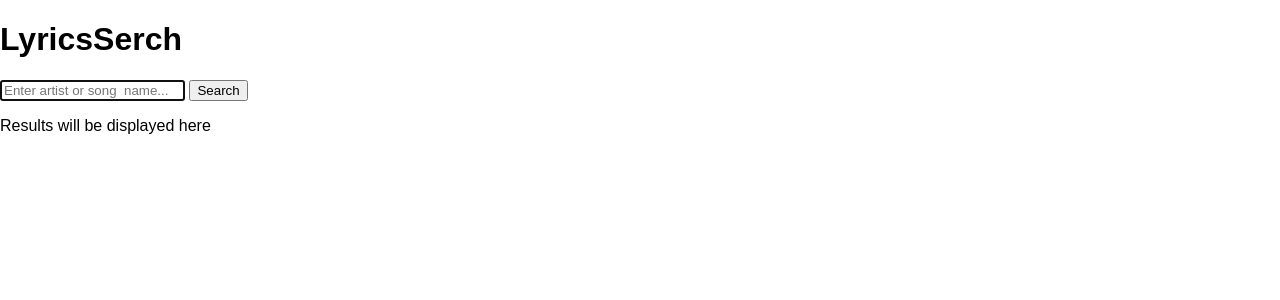
Repository: Pancerzaba/LyricsSearchApp
Page: index.html
The author's editor kept a copy of each file at every save. The page is drawn from the files as they stood at one save, then again after a run of saves.
The browser window is 1280 px wide. The pictures show the whole page.
The first visible `input` has the focus.

Above is the page before, as saved 2020-09-12 15:00:09.

After the next 3 saves:
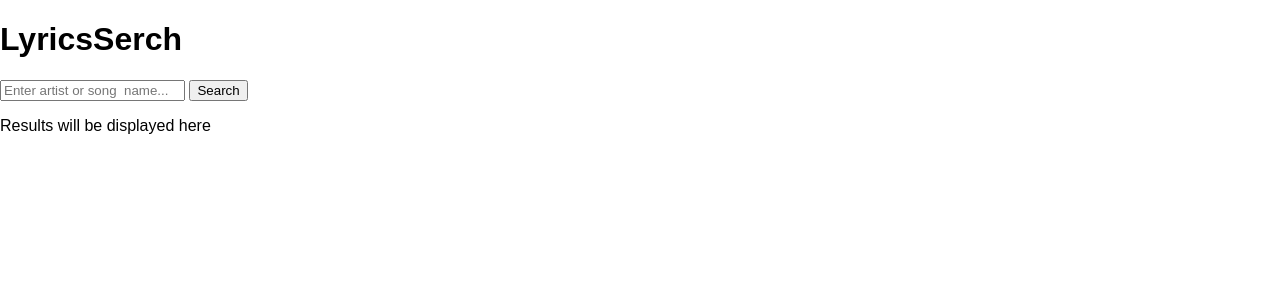
The 3 saves are shown as one change because they came seconds apart.
The last was saved 8 s later.
--- a/style.css
+++ b/style.css
@@ -17,5 +17,5 @@ button:active {
 }
 input:focus,
 button:focus {
-
+    outline: none;
 }
